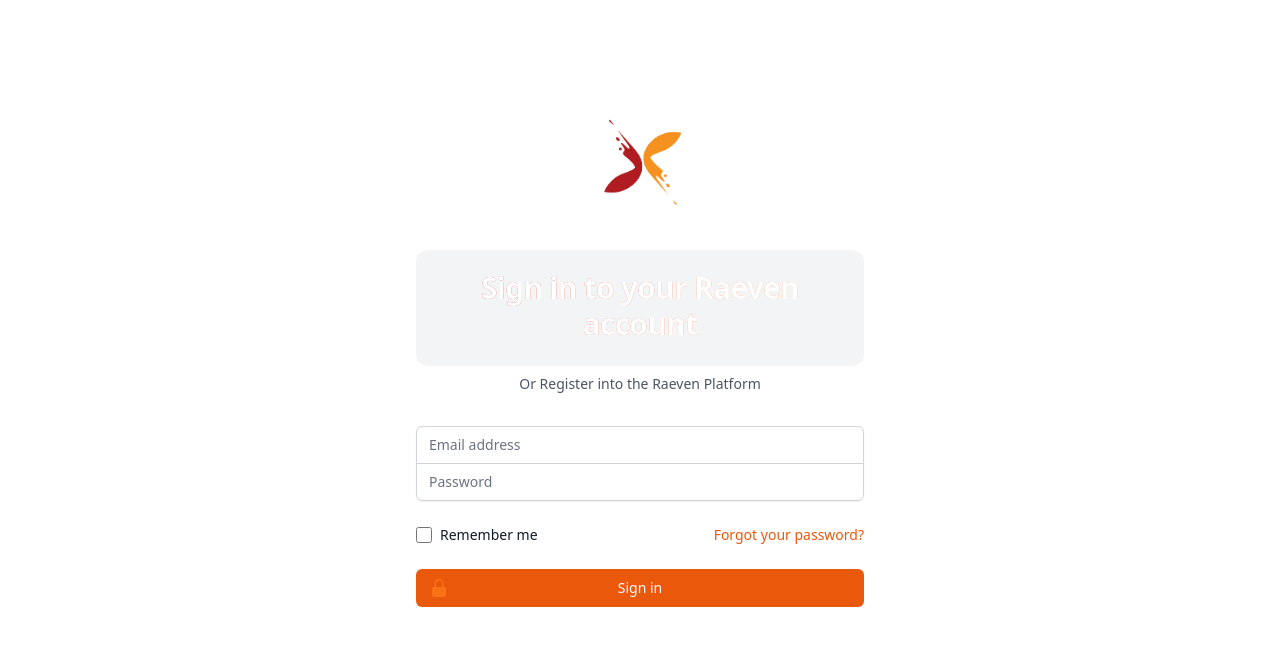
Repository: Curiosityxploring/raeven-site
Page: /login
An editor plug-in stored every save of this project. The page is shown before and after the next save, followed by the edit.
The browser window is 1280 px wide. The pictures show the whole page.
The project was rebuilt for these pictures with package versions that can differ from the ones it lists, and the page was loaded fresh each time. The framework's server and built-in components were replaced by stand-ins that run in the browser. Also part of the build but not shown: next.config.js.

Above is the page before, as saved 2023-01-12 15:46:54.

### pages/login.jsx
import React from "react";
import { LockClosedIcon } from "@heroicons/react/20/solid";

export default function login() {
  return (
    <>
      {/*
        This example requires updating your template:

        ```
        <html class="h-full bg-gray-50">
        <body class="h-full">
        ```
      */}
      <div className="flex h-screen items-center justify-center py-12 px-4 sm:px-6 lg:px-8">
        <div className="w-full max-w-md space-y-8">
          <div>
            <div className="">
              <img
                className="mx-auto h-24 w-auto mb-10"
                src="/images/curiositylogo.png"
                alt="Raeven Platform"
              />
            </div>
            <div className="px-2 py-3 rounded-xl bg-gray-100">
              <h2 className=" text-center text-3xl font-bold tracking-tight text-white px-1 py-2 rounded-xl bg-gradient-to-r from-red-600 to-orange-300 bg-clip-text pb-3 text-transparent">
                Sign in to your Raeven account
              </h2>
            </div>
            <p className="mt-2 text-center text-sm text-gray-600">
              Or{" "}
              <a
                href="#"
                className="font-medium text-gray-600 hover:text-red-400"
              >
                Register into the Raeven Platform
              </a>
            </p>
          </div>
          <form className="mt-8 space-y-6" action="#" method="POST">
            <input type="hidden" name="remember" defaultValue="true" />
            <div className="-space-y-px rounded-md shadow-sm">
              <div>
                <label htmlFor="email-address" className="sr-only">
                  Email address
                </label>
                <input
                  id="email-address"
                  name="email"
                  type="email"
                  autoComplete="email"
                  required
                  className="relative block w-full appearance-none rounded-none rounded-t-md border border-gray-300 px-3 py-2 text-gray-900 placeholder-gray-500 focus:z-10 focus:border-indigo-500 focus:outline-none focus:ring-indigo-500 sm:text-sm"
                  placeholder="Email address"
                />
              </div>
              <div>
                <label htmlFor="password" className="sr-only">
                  Password
                </label>
                <input
                  id="password"
                  name="password"
                  type="password"
                  autoComplete="current-password"
                  required
                  className="relative block w-full appearance-none rounded-none rounded-b-md border border-gray-300 px-3 py-2 text-gray-900 placeholder-gray-500 focus:z-10 focus:border-indigo-500 focus:outline-none focus:ring-indigo-500 sm:text-sm"
                  placeholder="Password"
                />
              </div>
            </div>

            <div className="flex items-center justify-between">
              <div className="flex items-center">
                <input
                  id="remember-me"
                  name="remember-me"
                  type="checkbox"
                  className="h-4 w-4 rounded border-gray-300 text-orange-600 focus:ring-indigo-500"
                />
                <label
                  htmlFor="remember-me"
                  className="ml-2 block text-sm text-gray-900"
                >
                  Remember me
                </label>
              </div>

              <div className="text-sm">
                <a
                  href="#"
                  className="font-medium text-orange-600 hover:text-gray-500"
                >
                  Forgot your password?
                </a>
              </div>
            </div>

            <div>
              <button
                type="submit"
                className="group relative flex w-full justify-center rounded-md border border-transparent bg-orange-600 py-2 px-4 text-sm font-medium text-white hover:bg-orange-700 focus:outline-none focus:ring-2 focus:ring-indigo-500 focus:ring-offset-2"
              >
                <span className="absolute inset-y-0 left-0 flex items-center pl-3">
                  <LockClosedIcon
                    className="h-5 w-5 text-orange-500 group-hover:text-orange-400"
                    aria-hidden="true"
                  />
                </span>
                Sign in
              </button>
            </div>
          </form>
        </div>
      </div>
    </>
  );
}

### styles/globals.css
@tailwind base;
@tailwind components;
@tailwind utilities;



/* :root {
  --max-width: 1100px;
  --border-radius: 12px;
  --font-mono: ui-monospace, Menlo, Monaco, 'Cascadia Mono', 'Segoe UI Mono',
    'Roboto Mono', 'Oxygen Mono', 'Ubuntu Monospace', 'Source Code Pro',
    'Fira Mono', 'Droid Sans Mono', 'Courier New', monospace;

  --foreground-rgb: 0, 0, 0;
  --background-start-rgb: 214, 219, 220;
  --background-end-rgb: 255, 255, 255;

  --primary-glow: conic-gradient(
    from 180deg at 50% 50%,
    #16abff33 0deg,
    #0885ff33 55deg,
    #54d6ff33 120deg,
    #0071ff33 160deg,
    transparent 360deg
  );
  --secondary-glow: radial-gradient(
    rgba(255, 255, 255, 1),
    rgba(255, 255, 255, 0)
  );

  --tile-start-rgb: 239, 245, 249;
  --tile-end-rgb: 228, 232, 233;
  --tile-border: conic-gradient(
    #00000080,
    #00000040,
    #00000030,
    #00000020,
    #00000010,
    #00000010,
    #00000080
  );

  --callout-rgb: 238, 240, 241;
  --callout-border-rgb: 172, 175, 176;
  --card-rgb: 180, 185, 188;
  --card-border-rgb: 131, 134, 135;
}

@media (prefers-color-scheme: dark) {
  :root {
    --foreground-rgb: 255, 255, 255;
    --background-start-rgb: 0, 0, 0;
    --background-end-rgb: 0, 0, 0;

    --primary-glow: radial-gradient(rgba(1, 65, 255, 0.4), rgba(1, 65, 255, 0));
    --secondary-glow: linear-gradient(
      to bottom right,
      rgba(1, 65, 255, 0),
      rgba(1, 65, 255, 0),
      rgba(1, 65, 255, 0.3)
    );

    --tile-start-rgb: 2, 13, 46;
    --tile-end-rgb: 2, 5, 19;
    --tile-border: conic-gradient(
      #ffffff80,
      #ffffff40,
      #ffffff30,
      #ffffff20,
      #ffffff10,
      #ffffff10,
      #ffffff80
    );

    --callout-rgb: 20, 20, 20;
    --callout-border-rgb: 108, 108, 108;
    --card-rgb: 100, 100, 100;
    --card-border-rgb: 200, 200, 200;
  }
}

* {
  box-sizing: border-box;
  padding: 0;
  margin: 0;
}

html,
body {
  max-width: 100vw;
  overflow-x: hidden;
}

body {
  color: rgb(var(--foreground-rgb));
  background: linear-gradient(
      to bottom,
      transparent,
      rgb(var(--background-end-rgb))
    )
    rgb(var(--background-start-rgb));
}

a {
  color: inherit;
  text-decoration: none;
}

@media (prefers-color-scheme: dark) {
  html {
    color-scheme: dark;
  }
} */

Loaded but not shown: pages/_app.js (common file); pages/_document.js (common file); tailwind.config.js (common file)

After the next save:
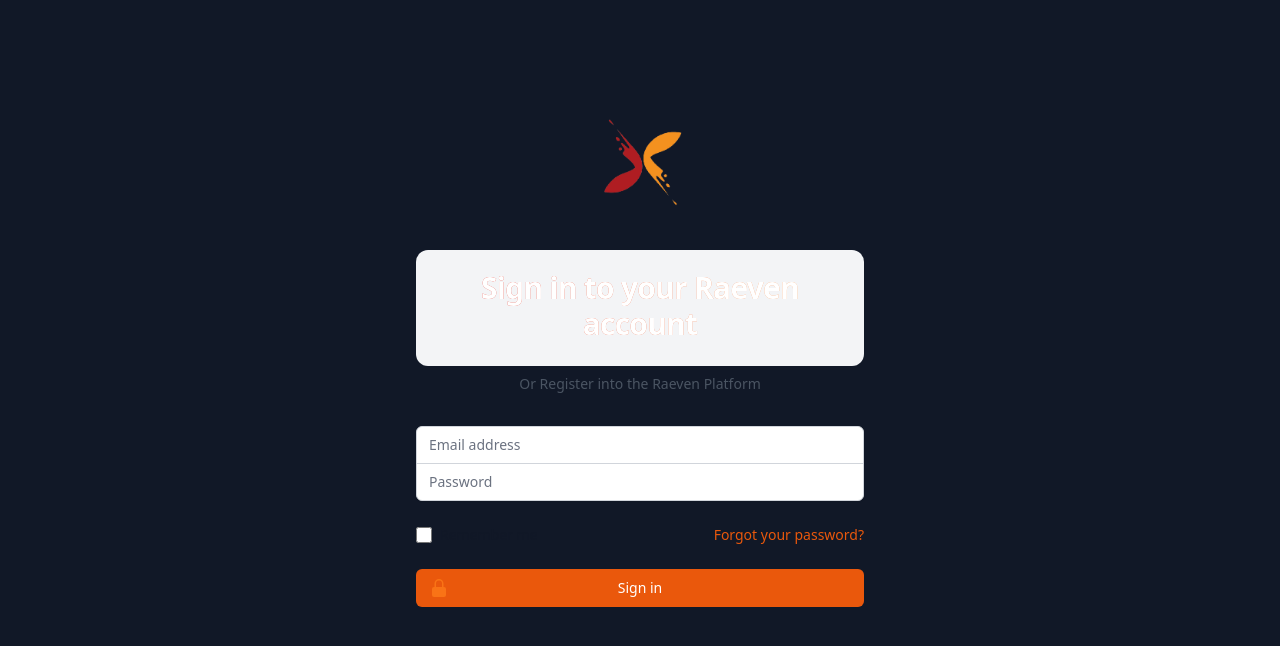
Saved 21 s later.
--- a/pages/login.jsx
+++ b/pages/login.jsx
@@ -12,7 +12,7 @@
         <body class="h-full">
         ```
       */}
-      <div className="flex h-screen items-center justify-center py-12 px-4 sm:px-6 lg:px-8">
+      <div className="flex h-screen bg-gray-900 items-center justify-center py-12 px-4 sm:px-6 lg:px-8">
         <div className="w-full max-w-md space-y-8">
           <div>
             <div className="">
